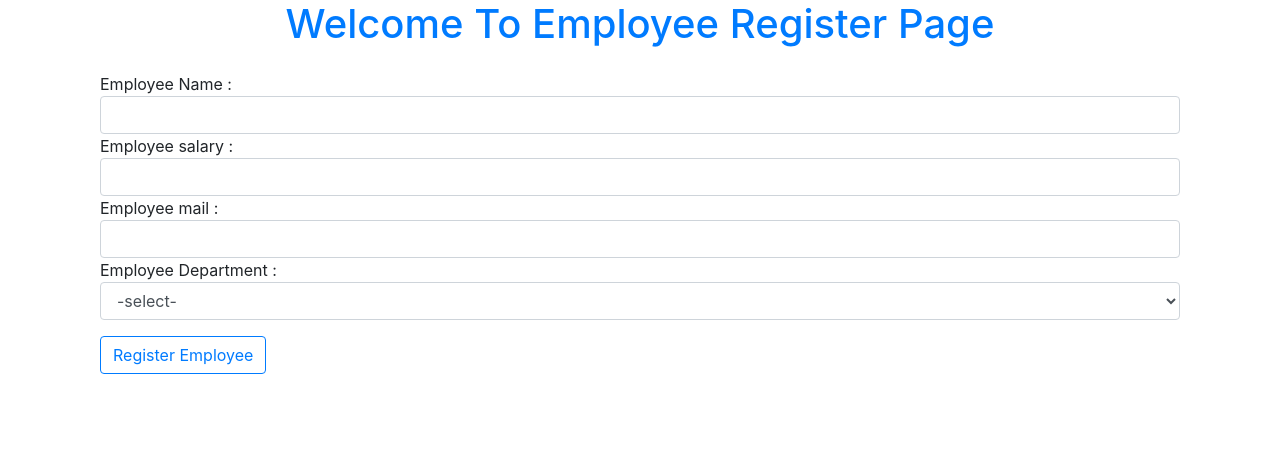
Repository: lokeshsukhwal/EmployeeMiniProject
Page: http://localhost/EmployeeRegister
The author's editor kept a copy of each file at every save. The page is drawn from the files as they stood at one save, then again after the next save.
The browser window is 1280 px wide. The pictures show the whole page.
The page is this project's Thymeleaf template; nobody is signed in. The template is opened directly, without the code that normally fills it, so the values that code supplies are empty.

Above is the page before, as saved 2023-01-18 10:33:20.

After the next save:
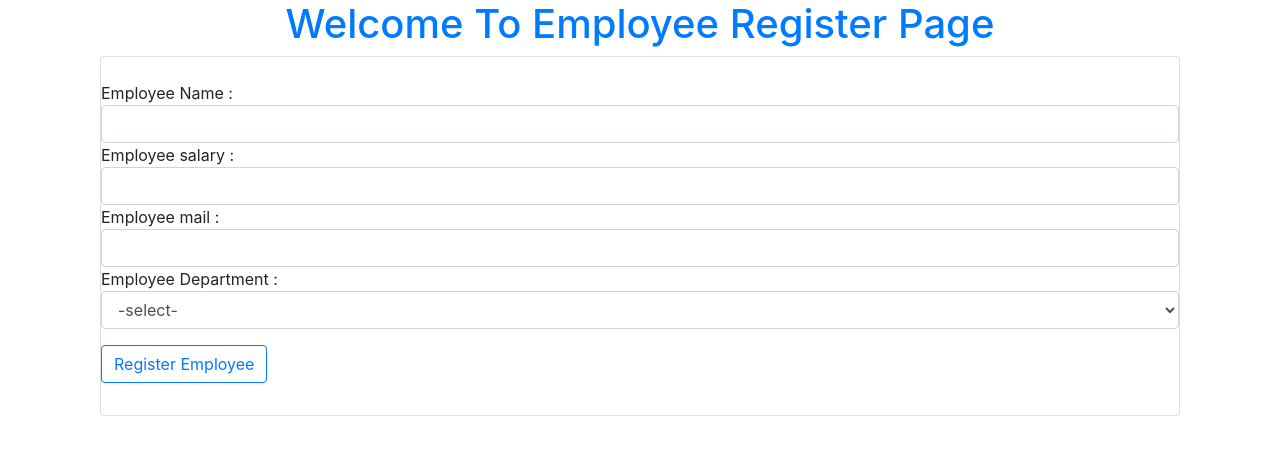
Saved 8 s later.
--- a/SpringBootMvc-ThymeleafMySqlCrudMiniProject/src/main/resources/templates/EmployeeRegister.html
+++ b/SpringBootMvc-ThymeleafMySqlCrudMiniProject/src/main/resources/templates/EmployeeRegister.html
@@ -10,7 +10,7 @@
 <div class="container">
 	<h1 class=" text-primary text-center">Welcome To Employee Register Page</h1>
 	<div class="container">
-		<div>
+		<div class="card">
 		<form th:action="@{/employee/save}" method="POST" class="mt-4 form">
 
 			Employee Name : <input type="text" name="empName"class="form-control">
